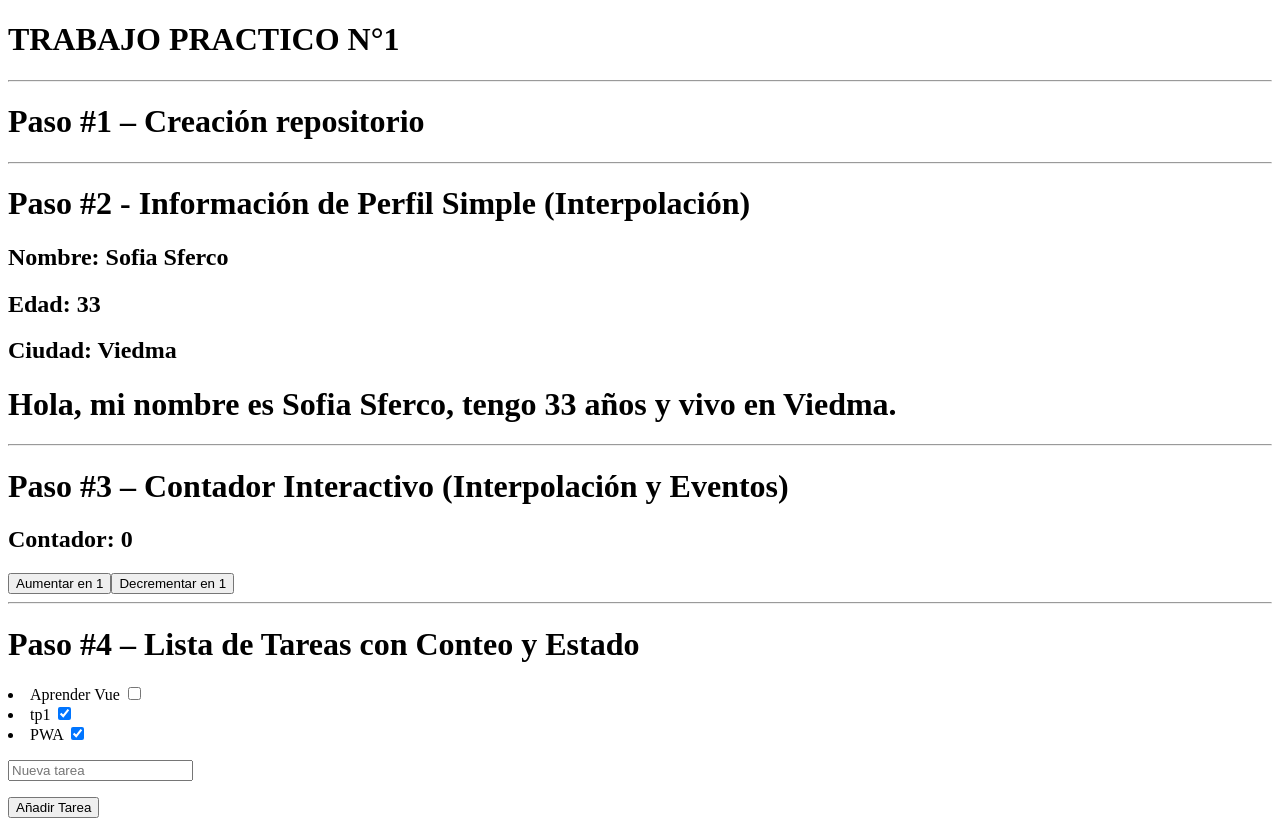
Repository: SofiaSferco/PWA-2026
Page: practico01/index.html
An editor plug-in stored every save of this project. The page is shown before and after a run of saves, followed by the edit.
The browser window is 1280 px wide. The pictures show the whole page.

Above is the page before, as saved 2026-09-10 01:15:45.

### practico01/index.html
<!DOCTYPE html>
<html lang="en">
<head>
    <meta charset="UTF-8">
    <title>Practico 01</title>
    <script src="https://cdn.jsdelivr.net/npm/vue/dist/vue.js"></script>
</head>
<body>
    <div id="app">
        <p>
            <h1>TRABAJO PRACTICO N°1</h1>
        </p>
        <hr>
        <h1>Paso #1 – Creación repositorio</h1>
        <hr>
        <h1>Paso #2 - Información de Perfil Simple (Interpolación)</h1>
        <h2>Nombre: {{nombre}}</h2>
        <h2>Edad: {{edad}}</h2>
        <h2>Ciudad: {{ciudad}}</h2>
        <h1>Hola, mi nombre es {{nombre}}, tengo {{edad}} años y vivo en {{ciudad}}.</h1>
        <hr>
        <h1>Paso #3 – Contador Interactivo (Interpolación y Eventos)</h1>
        <h2>Contador: {{contador}}</h2>
        <button @click="aumentar">Aumentar en 1</button><button v-on:click="decrementar">Decrementar en 1</button>
        <hr>
        <h1>Paso #4 – Lista de Tareas con Conteo y Estado</h1>
        <li v-for="tarea in tareas" :key="tarea.id">
            {{tarea.texto}} <input type="checkbox" v-model="tarea.completada">
        </li>
        <p>
            <input type="text" v-model="nuevaTarea" placeholder="Nueva tarea">
        </p>
        <button @click="agregarTarea">Añadir Tarea</button>
    </div>
    <script>
       var app= new Vue({
           el: '#app',
           data: {
               nombre: 'Sofia Sferco',
               edad: 33,
               ciudad: 'Viedma',
               contador: 0,
               nuevaTarea: '',
               tareas: [
                {
                id:1,
                texto: 'Aprender Vue',
                completada: false,
               },
                {
                id:2,
                texto: 'tp1',
                completada: true,
               },
               {
                id:3,
                texto: 'PWA',
                completada: true,
               },
            ]
           },
            methods: {
               aumentar: function() {
                    this.contador++;
               },
               decrementar: function() {
                    this.contador--;
               },
               agregarTarea: function () {

               }
           }
       })
    </script>
</body>
</html>

After the next 4 saves:
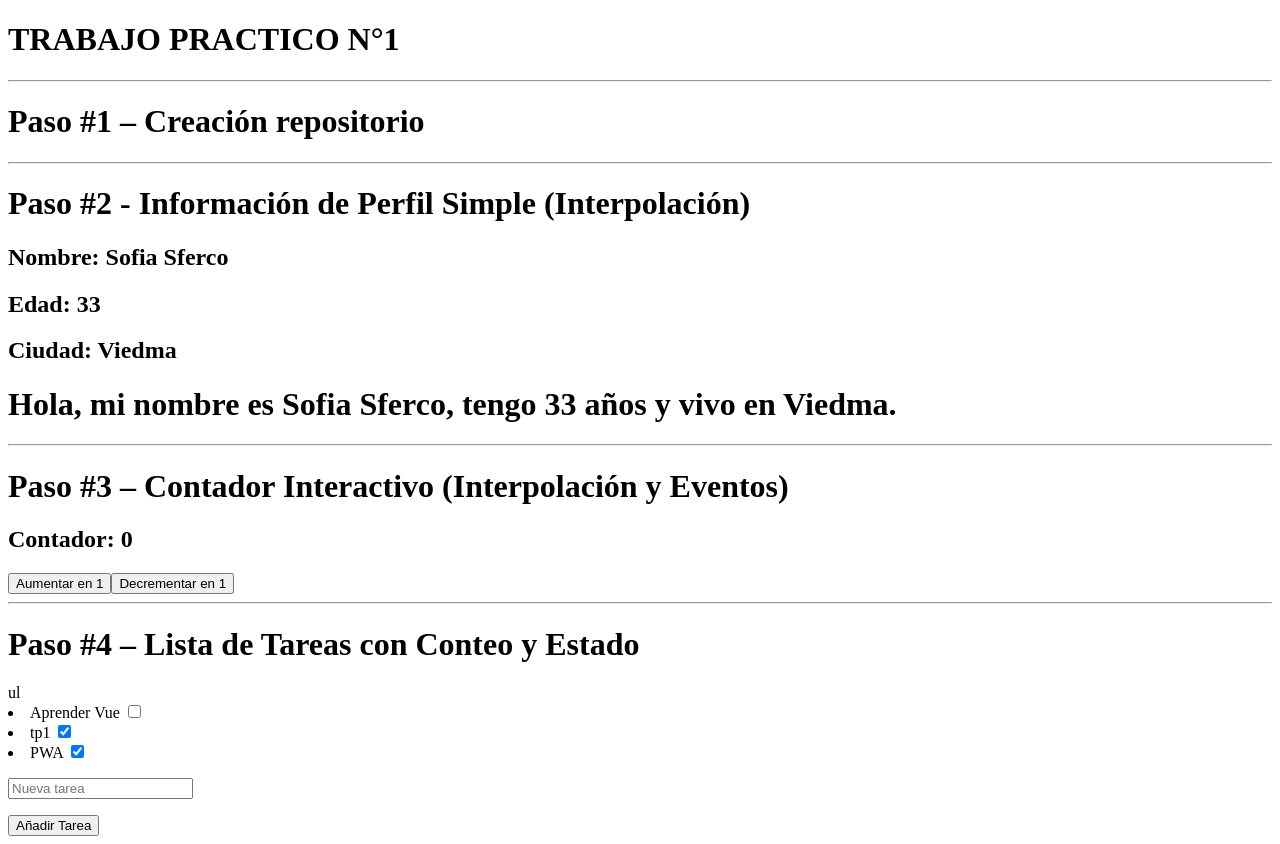
The 4 saves are shown as one change because they came seconds apart.
The last was saved 5 min 23 s later.
--- a/practico01/index.html
+++ b/practico01/index.html
@@ -24,6 +24,7 @@
         <button @click="aumentar">Aumentar en 1</button><button v-on:click="decrementar">Decrementar en 1</button>
         <hr>
         <h1>Paso #4 – Lista de Tareas con Conteo y Estado</h1>
+        ul
         <li v-for="tarea in tareas" :key="tarea.id">
             {{tarea.texto}} <input type="checkbox" v-model="tarea.completada">
         </li>
